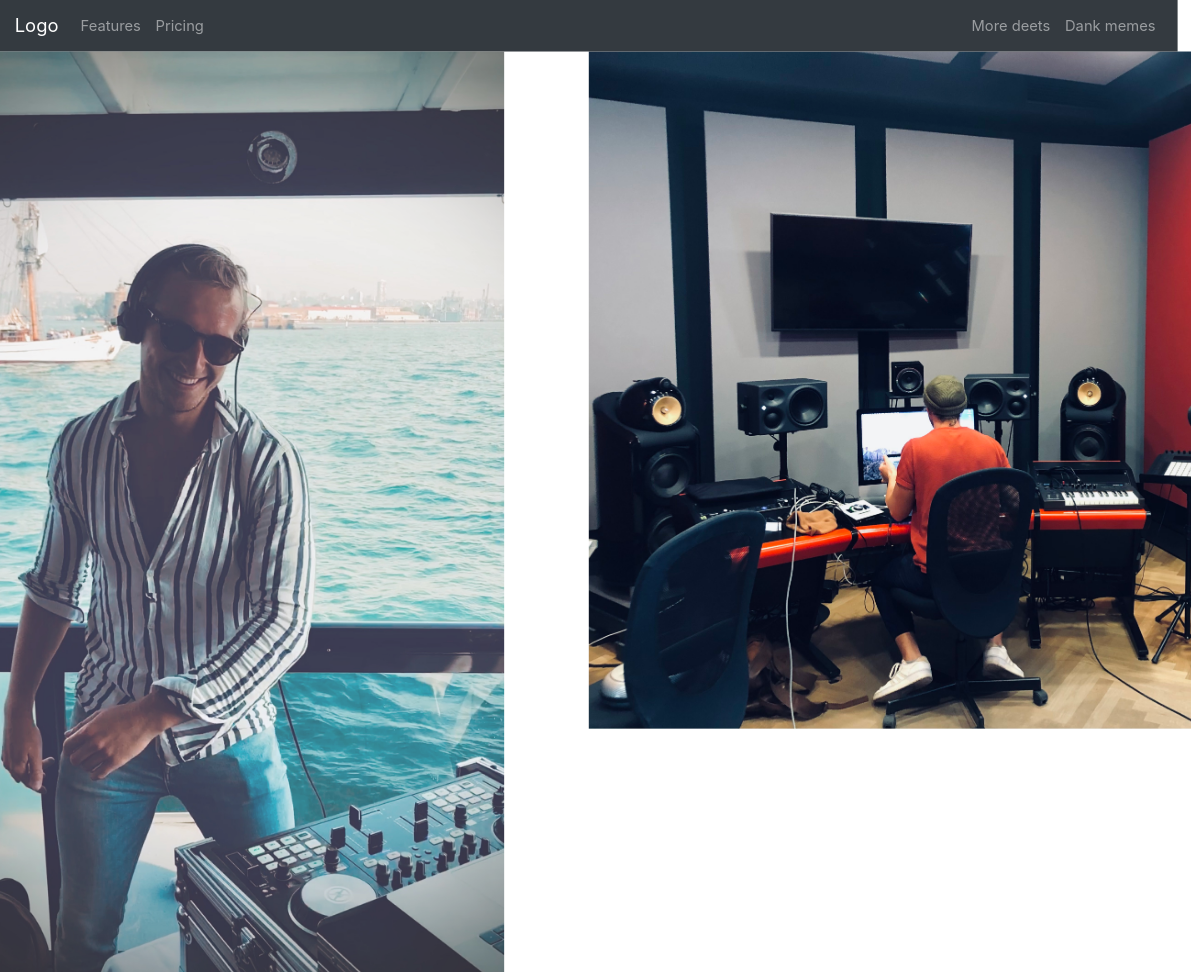
Repository: schweizercode/schweezzy
Page: /
An editor plug-in stored every save of this project. The page is shown before and after the next save, followed by the edit.
The browser window is 1280 px wide. The page is 1295 px wide, so the pictures cover 1295 px, including what lies to the right of the window. The pictures show the whole page, at 92% of full size.
The project was rebuilt for these pictures with package versions that can differ from the ones it lists, and the page was loaded fresh each time.

Above is the page before, as saved 2021-04-14 13:31:43.

### public/index.html
<!DOCTYPE html>
<html lang="en">

<head>
  <meta charset="utf-8" />
  <link rel="icon" href="%PUBLIC_URL%/favicon.ico" />
  <meta name="viewport" content="width=device-width, initial-scale=1" />
  <meta name="theme-color" content="#000000" />
  <meta name="description" content="Web site created using create-react-app" />
  <link rel="apple-touch-icon" href="%PUBLIC_URL%/logo192.png" />
  <link rel="stylesheet" href="https://cdn.jsdelivr.net/npm/bootstrap@4.6.0/dist/css/bootstrap.min.css"
    integrity="sha384-B0vP5xmATw1+K9KRQjQERJvTumQW0nPEzvF6L/Z6nronJ3oUOFUFpCjEUQouq2+l" crossorigin="anonymous" />
  <!--
      manifest.json provides metadata used when your web app is installed on a
      user's mobile device or desktop. See https://developers.google.com/web/fundamentals/web-app-manifest/
    -->
  <link rel="manifest" href="%PUBLIC_URL%/manifest.json" />
  <!--
      Notice the use of %PUBLIC_URL% in the tags above.
      It will be replaced with the URL of the `public` folder during the build.
      Only files inside the `public` folder can be referenced from the HTML.

      Unlike "/favicon.ico" or "favicon.ico", "%PUBLIC_URL%/favicon.ico" will
      work correctly both with client-side routing and a non-root public URL.
      Learn how to configure a non-root public URL by running `npm run build`.
    -->
  <title>React App</title>
</head>

<body>
  <noscript>You need to enable JavaScript to run this app.</noscript>
  <div id="root"></div>
  <!--
      This HTML file is a template.
      If you open it directly in the browser, you will see an empty page.

      You can add webfonts, meta tags, or analytics to this file.
      The build step will place the bundled scripts into the <body> tag.

      To begin the development, run `npm start` or `yarn start`.
      To create a production bundle, use `npm run build` or `yarn build`.
    -->
</body>

</html>

### src/App.js
import React from 'react';
import './App.css';
import Navbar from './Navbar.js';
import Mainpage from './Mainpage.js';


function App() {
  return (
    <div className="App">
      <Navbar />
      <Mainpage />

    </div>
  );
}

export default App;

### src/Navbar.js
import { React } from 'react';
import * as ReactBootStrap from 'react-bootstrap';


function Nav() {
    return (

        <>
            <ReactBootStrap.Navbar collapseOnSelect expand="lg" bg="dark" variant="dark">
                <ReactBootStrap.Navbar.Brand href="#home">Logo</ReactBootStrap.Navbar.Brand>
                <ReactBootStrap.Navbar.Toggle aria-controls="responsive-navbar-nav" />
                <ReactBootStrap.Navbar.Collapse id="responsive-navbar-nav">
                    <ReactBootStrap.Nav className="mr-auto">
                        <ReactBootStrap.Nav.Link href="#features">Features</ReactBootStrap.Nav.Link>
                        <ReactBootStrap.Nav.Link href="#pricing">Pricing</ReactBootStrap.Nav.Link>
                        {/* <ReactBootStrap.NavDropdown title="Dropdown" id="collasible-nav-dropdown">
                            <ReactBootStrap.NavDropdown.Item href="#action/3.1">Action</ReactBootStrap.NavDropdown.Item>
                            <ReactBootStrap.NavDropdown.Item href="#action/3.2">Another action</ReactBootStrap.NavDropdown.Item>
                            <ReactBootStrap.NavDropdown.Item href="#action/3.3">Something</ReactBootStrap.NavDropdown.Item>
                            <ReactBootStrap.NavDropdown.Divider />
                            <ReactBootStrap.NavDropdown.Item href="#action/3.4">Separated link</ReactBootStrap.NavDropdown.Item>
                        </ReactBootStrap.NavDropdown> */}
                    </ReactBootStrap.Nav>
                    <ReactBootStrap.Nav>
                        <ReactBootStrap.Nav.Link href="#deets">More deets</ReactBootStrap.Nav.Link>
                        <ReactBootStrap.Nav.Link eventKey={2} href="#memes">
                            Dank memes
      </ReactBootStrap.Nav.Link>
                    </ReactBootStrap.Nav>
                </ReactBootStrap.Navbar.Collapse>
            </ReactBootStrap.Navbar>
        </>

    );
}

export default Nav;

### src/Mainpage.js
import React from 'react';
import img1 from './images/dj.jpg';
import img2 from './images/producer.jpg';




function Mainpage() {
    return (

        <div class='row'>
            <div class='column'>
                <img src={img1} alt="" style={{ width: '43%', float: 'left', opacity: '0.8' }} />
                <img src={img2} alt="" style={{ width: '50%', float: 'right' }} />
            </div>
        </div>


    );
}



export default Mainpage;

Loaded but not shown: src/index.js (common file); src/index.css (common file); src/reportWebVitals.js (common file); src/App.css (common file)

After the next save:
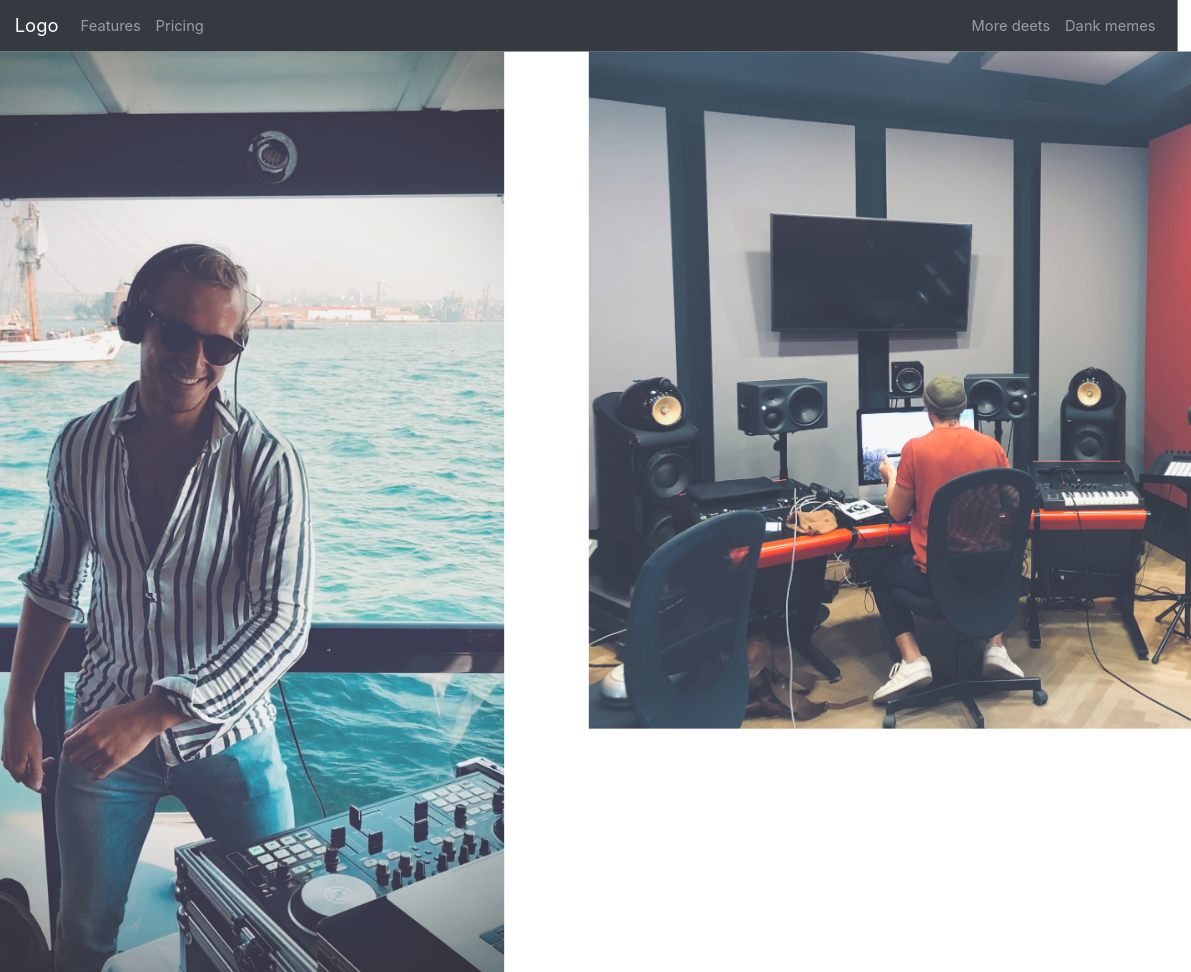
Saved 6 s later.
--- a/src/Mainpage.js
+++ b/src/Mainpage.js
@@ -11,7 +11,7 @@ function Mainpage() {
         <div class='row'>
             <div class='column'>
                 <img src={img1} alt="" style={{ width: '43%', float: 'left', opacity: '0.8' }} />
-                <img src={img2} alt="" style={{ width: '50%', float: 'right' }} />
+                <img src={img2} alt="" style={{ width: '50%', float: 'right', opacity: '0.8' }} />
             </div>
         </div>
 
